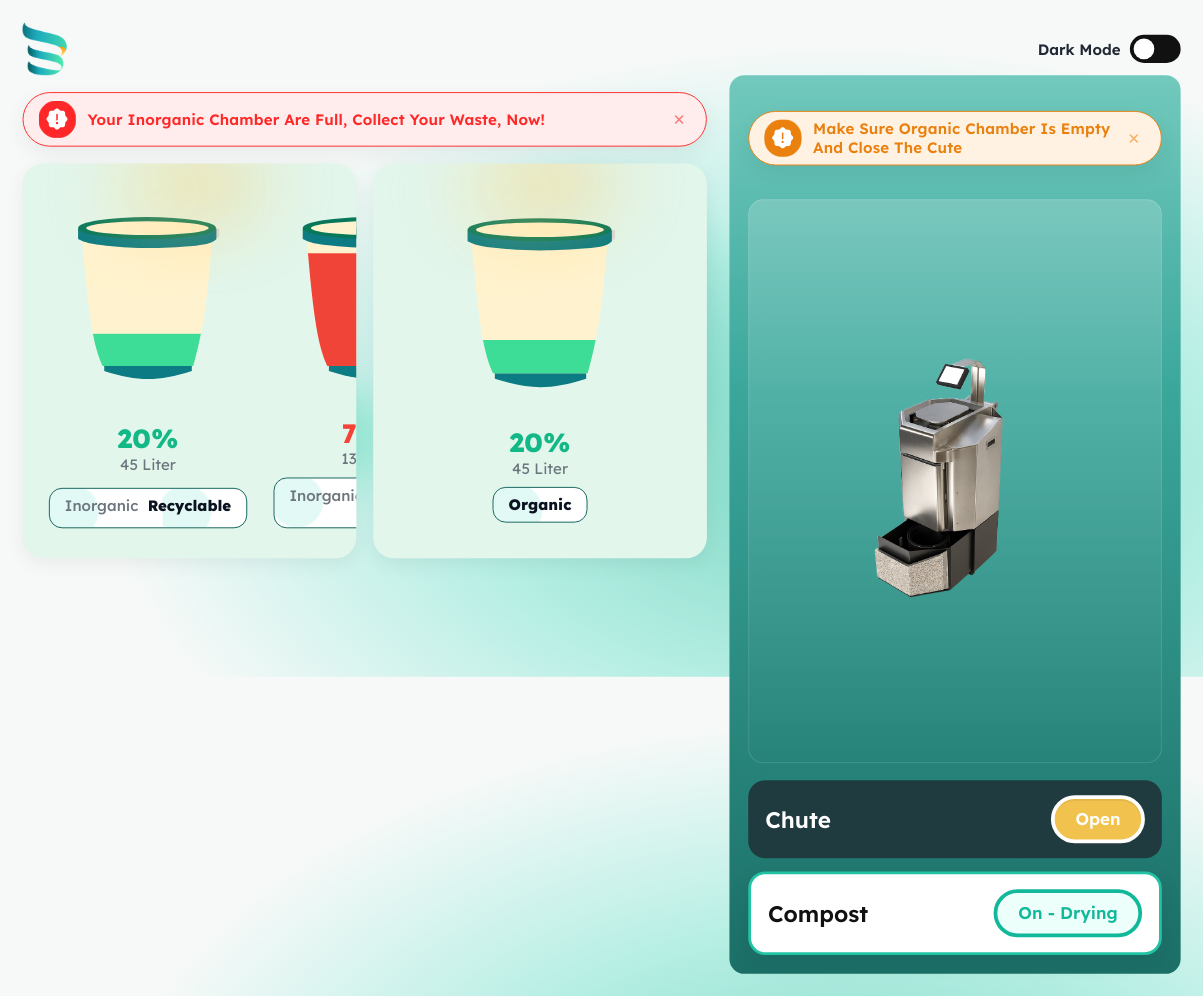
Repository: william-saputra/nusabin
Page: pages/homepage.html
These files come from the project's save history. The page is drawn as it stood at one moment and after the next save; the edit follows.
The browser window is 1280 px wide. The pictures show the whole page, at 94% of full size.
Backgrounds fixed to the window are drawn as part of the page.

Above is the page before, as saved 2025-08-12 23:37:26.

### pages/homepage.html
<!DOCTYPE html>
<html lang="en">
  <head>
    <meta charset="UTF-8" />
    <meta name="viewport" content="width=device-width, initial-scale=1.0" />
    <title>Nusabin – Homepage</title>
    <link rel="preconnect" href="https://fonts.googleapis.com" />
    <link rel="preconnect" href="https://fonts.gstatic.com" crossorigin />
    <link href="https://fonts.googleapis.com/css2?family=Lexend:wght@400;500;600;700;800&family=Inter:wght@400;500;600;700;800&display=swap" rel="stylesheet" />
    <link rel="stylesheet" href="../styles/base.css" />
    <link rel="stylesheet" href="../styles/pages/homepage.css" />
  </head>
  <body>
    <div class="homepage no-nav">
      <header class="topbar no-nav">
        <img src="../assets/images/green_logo.png" alt="Nusabin" class="logo no-nav" />
        <div class="spacer no-nav"></div>
        <div class="theme-toggle no-nav">
          <span class="label no-nav">Dark Mode</span>
          <label class="switch no-nav">
            <input id="dark-toggle" class="no-nav" type="checkbox" />
            <span class="slider round no-nav"></span>
          </label>
        </div>
      </header>

      <main class="layout">
        <div class="left-col">
          <section class="alerts no-nav">
            <div class="alert pill no-nav" data-variant="danger" data-alert-id="left-alert">
              <img class="alert-icon" src="../assets/icons/red_alert.svg" alt="alert" width="40" height="40" />
              <div class="text no-nav">Your Inorganic Chamber Are Full, Collect Your Waste, Now!</div>
              <button class="close no-nav" data-dismiss>
                <span class="no-nav">&#10005;</span>
              </button>
            </div>
          </section>
          <div class="left-grid clickable-area" data-navigate>
          <div class="card card-buckets">
            <div class="bucket-group">
              <div class="bucket-item" data-id="inorganic_recyclable">
                <svg class="bucket-svg" viewBox="0 0 197 216" aria-labelledby="title-ir" role="img">
                  <title id="title-ir">Inorganic Recyclable</title>
                  <defs>
                    <clipPath id="cupShape-inorganic_recyclable">
                      <path d="M53.3367 175.048C43.8761 154.841 39.492 126.346 33.0561 49.7143L162.041 52.148C157.42 108.314 153.879 136.877 143.383 175.048C107.592 183.612 87.9058 183.201 53.3367 175.048Z" />
                    </clipPath>
                  </defs>
                  <path d="M53.3367 175.048C43.8761 154.841 39.492 126.346 33.0561 49.7143L162.041 52.148C157.42 108.314 153.879 136.877 143.383 175.048C107.592 183.612 87.9058 183.201 53.3367 175.048Z" fill="#FFF3CF" />
                  <rect id="cupFill-inorganic_recyclable" x="0" y="175" width="197" height="0" clip-path="url(#cupShape-inorganic_recyclable)" />
                  <path d="M55 179.937V175H142V179.937C107.725 190.783 88.6686 190.592 55 179.937Z" fill="#0C7B83" />
                  <rect x="166.097" y="38.3571" width="3.2449" height="8.92347" fill="#D9D9D9" />
                  <path d="M29 48.9031V38.3571H166.503V48.9031C162.244 52.8888 157.731 54.2809 146.222 55.3929C109.605 58.2432 89.8065 58.6723 56.9872 55.3929C42.0852 54.0832 36.1288 52.6188 29 48.9031Z" fill="#0C7B83" />
                  <ellipse cx="97.5485" cy="37.9515" rx="68.5485" ry="10.9515" fill="#08785B" />
                  <ellipse cx="97.9541" cy="37.9515" rx="60.8418" ry="6.89541" fill="#FFF3CF" />
                </svg>
                <div class="bucket-metrics">
                  <div class="percent" data-percent>0%</div>
                  <div class="liter" data-liter>0 Liter</div>
                </div>
                <div class="chip chip-2line"><span>Inorganic</span><strong>Recyclable</strong></div>
              </div>

              <div class="bucket-item" data-id="inorganic_non_recyclable">
                <svg class="bucket-svg" viewBox="0 0 197 216" aria-labelledby="title-inr" role="img">
                  <title id="title-inr">Inorganic Non-Recyclable</title>
                  <defs>
                    <clipPath id="cupShape-inorganic_non_recyclable">
                      <path d="M53.3367 175.048C43.8761 154.841 39.492 126.346 33.0561 49.7143L162.041 52.148C157.42 108.314 153.879 136.877 143.383 175.048C107.592 183.612 87.9058 183.201 53.3367 175.048Z" />
                    </clipPath>
                  </defs>
                  <path d="M53.3367 175.048C43.8761 154.841 39.492 126.346 33.0561 49.7143L162.041 52.148C157.42 108.314 153.879 136.877 143.383 175.048C107.592 183.612 87.9058 183.201 53.3367 175.048Z" fill="#FFF3CF" />
                  <rect id="cupFill-inorganic_non_recyclable" x="0" y="175" width="197" height="0" clip-path="url(#cupShape-inorganic_non_recyclable)" />
                  <path d="M55 179.937V175H142V179.937C107.725 190.783 88.6686 190.592 55 179.937Z" fill="#0C7B83" />
                  <rect x="166.097" y="38.3571" width="3.2449" height="8.92347" fill="#D9D9D9" />
                  <path d="M29 48.9031V38.3571H166.503V48.9031C162.244 52.8888 157.731 54.2809 146.222 55.3929C109.605 58.2432 89.8065 58.6723 56.9872 55.3929C42.0852 54.0832 36.1288 52.6188 29 48.9031Z" fill="#0C7B83" />
                  <ellipse cx="97.5485" cy="37.9515" rx="68.5485" ry="10.9515" fill="#08785B" />
                  <ellipse cx="97.9541" cy="37.9515" rx="60.8418" ry="6.89541" fill="#FFF3CF" />
                </svg>
                <div class="bucket-metrics">
                  <div class="percent" data-percent>0%</div>
                  <div class="liter" data-liter>0 Liter</div>
                </div>
                <div class="chip chip-2line"><span>Inorganic</span><strong>Non-Recyclable</strong></div>
              </div>
            </div>
          </div>

          <div class="card card-bucket-single">
            <div class="bucket-item" data-id="organic">
              <svg class="bucket-svg" viewBox="0 0 197 216" aria-labelledby="title-org" role="img">
                <title id="title-org">Organic</title>
                <defs>
                  <clipPath id="cupShape-organic">
                    <path d="M53.3367 175.048C43.8761 154.841 39.492 126.346 33.0561 49.7143L162.041 52.148C157.42 108.314 153.879 136.877 143.383 175.048C107.592 183.612 87.9058 183.201 53.3367 175.048Z" />
                  </clipPath>
                </defs>
                <path d="M53.3367 175.048C43.8761 154.841 39.492 126.346 33.0561 49.7143L162.041 52.148C157.42 108.314 153.879 136.877 143.383 175.048C107.592 183.612 87.9058 183.201 53.3367 175.048Z" fill="#FFF3CF" />
                <rect id="cupFill-organic" x="0" y="175" width="197" height="0" clip-path="url(#cupShape-organic)" />
                <path d="M55 179.937V175H142V179.937C107.725 190.783 88.6686 190.592 55 179.937Z" fill="#0C7B83" />
                <rect x="166.097" y="38.3571" width="3.2449" height="8.92347" fill="#D9D9D9" />
                <path d="M29 48.9031V38.3571H166.503V48.9031C162.244 52.8888 157.731 54.2809 146.222 55.3929C109.605 58.2432 89.8065 58.6723 56.9872 55.3929C42.0852 54.0832 36.1288 52.6188 29 48.9031Z" fill="#0C7B83" />
                <ellipse cx="97.5485" cy="37.9515" rx="68.5485" ry="10.9515" fill="#08785B" />
                <ellipse cx="97.9541" cy="37.9515" rx="60.8418" ry="6.89541" fill="#FFF3CF" />
              </svg>
              <div class="bucket-metrics">
                <div class="percent" data-percent>0%</div>
                <div class="liter" data-liter>0 Liter</div>
              </div>
              <div class="chip chip-2line"><strong>Organic</strong></div>
            </div>
          </div>
          </div>
        </div>

        <aside class="right-panel">
          <section class="alerts no-nav">
            <div class="alert pill no-nav" data-variant="warning" data-alert-id="right-alert">
              <img class="alert-icon" src="../assets/icons/orange_alert.svg" alt="alert" width="40" height="40" />
              <div class="text no-nav">Make Sure Organic Chamber Is Empty And Close The Cute</div>
              <button class="close no-nav" data-dismiss>
                <span class="no-nav">&#10005;</span>
              </button>
            </div>
          </section>
          <div class="machine-wrapper">
            <img src="../assets/images/machine.png" alt="Machine" class="machine" />
          </div>
          <div class="status-panel no-nav">
            <div class="status-row variant-dark no-nav">
              <div class="label no-nav">Chute</div>
              <div class="status-pill pill-open no-nav">Open</div>
            </div>
            <div class="status-row variant-light no-nav">
              <div class="label no-nav">Compost</div>
              <div class="status-pill pill-on no-nav">On - Drying</div>
            </div>
          </div>
        </aside>
      </main>
    </div>

    <script src="../scripts/theme.js"></script>
    <script src="../scripts/main.js"></script>
  </body>
  </html>

### styles/base.css
:root {
  --bg: #f6f9f8;
  --card: #ffffff;
  --text: #0b1220;
  --muted: #6b7280;
  --primary: #1cb59b;
  --danger: #e53935;
  --warning: #ffb74d;
  --ring: rgba(28, 181, 155, 0.35);
}

* { box-sizing: border-box; }
html, body { height: 100%; }
body {
  margin: 0;
  font-family: Lexend, Inter, system-ui, -apple-system, Segoe UI, Roboto, Helvetica, Arial, "Apple Color Emoji", "Segoe UI Emoji";
  color: var(--text);
  background: radial-gradient(1200px 700px at 70% 70%, #7ed8c4 0%, #b8efe5 35%, #f6f9f8 65%) no-repeat fixed;
}

/* Generic layout */
.homepage { padding: 24px; }
.topbar { display: flex; align-items: center; gap: 16px; }
.spacer { flex: 1 1 auto; }
.logo { height: 56px; }

.theme-toggle { display: flex; align-items: center; gap: 10px; font-weight: 600; }
.theme-toggle .label { opacity: 0.9; }

/* Toggle */
.switch { position: relative; display: inline-block; width: 54px; height: 30px; }
.switch input { display: none; }
.slider { position: absolute; cursor: pointer; top: 0; left: 0; right: 0; bottom: 0; background: #111; transition: .2s; border-radius: 999px; }
.slider:before { position: absolute; content: ""; height: 22px; width: 22px; left: 4px; bottom: 4px; background: #fff; transition: .2s; border-radius: 50%; }
input:checked + .slider { background: #cdd2d6; }
input:checked + .slider:before { transform: translateX(24px); }

/* Alerts */
.alerts { display: grid; grid-template-columns: 1fr; gap: 12px; margin: 18px 0; }
.alert { display: grid; grid-template-columns: auto 1fr auto; align-items: center; gap: 12px; padding: 8px 16px; border-radius: 50px; box-shadow: 0 8px 24px rgba(0,0,0,.06); font-family: Lexend, Inter, sans-serif; border: 1px solid currentColor; }
.alert .text { font-weight: 600; letter-spacing: .2px; }
.alert .close { appearance: none; border: 0; background: transparent; cursor: pointer; opacity: 0.6; font-size: 16px; color: inherit; }
.alert.pill[data-variant="danger"] { color: #FF2828; background: #FFECEC; }
.alert.pill[data-variant="warning"] { color: #EA800E; background: #FFF2E3; }
.alert-icon { flex: 0 0 auto; width: 40px; height: 40px; }

/* Main layout */
.layout { display: grid; grid-template-columns: 1.2fr 480px; gap: 24px; align-items: start; }
.left-col { display: block; }
.left-grid { display: grid; grid-template-columns: 1fr 1fr; gap: 18px; }

.card { background: var(--card); border-radius: 22px; padding: 28px; box-shadow: 0 6px 20px rgba(0,0,0,.06); position: relative; overflow: hidden; }
.card::before, .card::after { content: ""; position: absolute; pointer-events: none; border-radius: 50%; filter: blur(40px); opacity: 0.9; }
.card::before { width: 260px; height: 180px; top: -70px; right: 30px; background: radial-gradient(closest-side, rgba(255,189,57,0.55), rgba(255,189,57,0) 70%); }
.card::after  { width: 220px; height: 160px; top: -50px; left: 40%; transform: translateX(-50%); background: radial-gradient(closest-side, rgba(255,225,149,0.55), rgba(255,225,149,0) 70%); }
.card-buckets { display: block; background: #E2F6EC; min-height: 420px; }
.card-bucket-single { display: block; background: #E2F6EC; min-height: 420px; }

.bucket-group { display: grid; grid-template-columns: 1fr 1fr; gap: 28px; justify-items: center; }
.bucket-item { display: grid; justify-items: center; gap: 10px; }
.bucket-svg { width: 100%; max-width: 220px; height: auto; display: block; }
.bucket-static { pointer-events: none; }

.bucket-metrics { text-align: center; }
.bucket-metrics .percent { font-weight: 800; font-size: 28px; color: #12B886; }
.bucket-metrics .percent.danger { color: #F44336; }
.bucket-metrics .liter { color: #6C757D; font-size: 16px; }

.chip { display: inline-flex; align-items: baseline; gap: 10px; padding: 10px 16px; border-radius: 14px; background: #fff; border: 1.5px solid #0B5F57; font-size: 16px; line-height: 1; min-height: 36px; }
.chip span { color: #6C757D; font-weight: 500; }
.chip strong { font-weight: 800; }
.chip-positive strong { color: #12B886; }
.chip-negative strong { color: #F44336; }
.chip {
  background-image: radial-gradient(circle at 20% 20%, rgba(13, 207, 173, 0.12) 0 20%, rgba(13, 207, 173, 0) 21%),
                    radial-gradient(circle at 80% 60%, rgba(13, 207, 173, 0.12) 0 20%, rgba(13, 207, 173, 0) 21%);
  background-size: 120px 120px, 140px 140px;
}

.right-panel { display: grid; grid-template-rows: 1fr auto; gap: 18px; }
.right-panel { background: linear-gradient(180deg, #72c9bd 0%, #3ba79b 35%, #1b6f67 100%); padding: 20px; border-radius: 16px; }
.machine-wrapper { display: grid; place-items: center; background: linear-gradient(180deg, rgba(255,255,255,0.18), rgba(255,255,255,0)); border-radius: 16px; min-height: 600px; box-shadow: inset 0 0 0 1px rgba(255,255,255,0.15); }
.machine { max-width: 96%; height: auto; object-fit: contain; }

.status-panel { background: transparent; border-radius: 16px; padding: 0; display: grid; gap: 16px; }
.status-row { display: flex; align-items: center; justify-content: space-between; padding: 16px 18px; border-radius: 18px; }
.status-row .label { font-weight: 600; font-size: 24px; }
.status-row.variant-dark { background: #1f3b3f; color: #ffffff; }
.status-row.variant-light { background: #ffffff; color: #111; border: 3px solid #22c3a4; box-shadow: 0 8px 24px rgba(0,0,0,.08); }
.status-pill { border-radius: 999px; padding: 10px 22px; font-weight: 600; font-size: 18px; }
.pill-open { background: #f1c24e; color: #ffffff; border: 4px solid #ffffff; box-shadow: 0 2px 0 rgba(0,0,0,.06) inset; }
.pill-on { background: #ecfffb; color: #12b89a; border: 4px solid #12b89a; }

.clickable-area { cursor: pointer; }

/* Decorative half-circle with glow on the left bottom */
.left-col { position: relative; }
.left-col::after { content: ""; position: absolute; left: 50%; transform: translateX(-10%); bottom: -40px; width: 560px; height: 560px; border-bottom-left-radius: 560px; border-bottom-right-radius: 560px; border-top-left-radius: 560px; border-top-right-radius: 560px; background: radial-gradient(closest-side, rgba(28,181,155,0.55), rgba(28,181,155,0) 70%); filter: blur(6px); z-index: -1; }
.left-col::before { content: ""; position: absolute; left: 40%; transform: translateX(-50%); bottom: 20px; width: 380px; height: 220px; border-radius: 380px 380px 0 0; background: radial-gradient(closest-side, rgba(60,220,178,0.7), rgba(60,220,178,0) 70%); filter: blur(20px); z-index: -1; }

/* Dark mode */
.dark body, body.dark { background: radial-gradient(1200px 700px at 70% 70%, #0e3c3b 0%, #0f6b61 35%, #071b1a 65%); color: #e5f6f1; }
body.dark .card, body.dark .status-panel { background: #0a1414; color: #e6f5f1; }
body.dark .chip { background: #08201c; border-color: #0f3f36; }
body.dark .bucket-metrics .percent { color: #55e3c7; }
body.dark .status-row { background: #051010; }
body.dark .status-pill { background: #0b2a26; }

/* Utilities for specific wrappers that shouldn't navigate */
.no-nav { pointer-events: auto; }

@media (max-width: 1100px) {
  .layout { grid-template-columns: 1fr; }
  .right-panel { order: -1; }
}

### styles/pages/homepage.css
/* Page-specific fine-tuning for Homepage */
.homepage .card-buckets { background: #E2F6EC; }
.homepage .card-bucket-single { background: #E2F6EC; }

.homepage .bucket-item .bucket { filter: drop-shadow(0 10px 24px rgba(0,0,0,.08)); }
.homepage .bucket-item .percent { letter-spacing: .3px; }

.right-panel .status-panel { gap: 14px; }

@media (max-width: 1100px) {
  .homepage .bucket-svg { max-width: 180px; }
}

### scripts/theme.js
(function () {
  const toggle = document.getElementById('dark-toggle');
  if (!toggle) return;

  const apply = (isDark) => {
    document.body.classList.toggle('dark', isDark);
    try { localStorage.setItem('theme-dark', isDark ? '1' : '0'); } catch (_) {}
  };

  // Restore previous preference
  let stored = null;
  try { stored = localStorage.getItem('theme-dark'); } catch (_) {}
  apply(stored === '1');
  toggle.checked = stored === '1';

  toggle.addEventListener('change', () => apply(toggle.checked));
})();

### scripts/main.js
(function () {
  const root = document;

  // Navigate to detail when clicking anywhere on the left grid
  const clickable = root.querySelector('.clickable-area');
  if (clickable) {
    clickable.addEventListener('click', function (ev) {
      const target = ev.target;
      if (target && (target.closest('[data-dismiss]') || target.closest('.switch') || target.closest('.status-panel') || target.closest('.alerts'))) return;
      window.location.href = '../pages/detail.html';
    });
  }

  // Close alert buttons
  root.querySelectorAll('[data-dismiss]').forEach((btn) => {
    btn.addEventListener('click', (e) => {
      e.stopPropagation();
      const alert = btn.closest('.alert');
      if (alert) alert.remove();
    });
  });

  // Example: programmatic update of alert colors (kept for future use)
  function setAlertVariant(id, variant) {
    const el = root.querySelector('[data-alert-id="' + id + '"]');
    if (!el) return;
    el.setAttribute('data-variant', variant);
    const rect = el.querySelector('g > rect');
    if (rect) rect.setAttribute('fill', variant === 'danger' ? '#FF2828' : '#EA800E');
  }

  // Data dummy hardcoded
  const data = {
    inorganic_recyclable: { level: 20, volume: 45 },
    inorganic_non_recyclable: { level: 70, volume: 134 },
    organic: { level: 20, volume: 45 }
  };

  // Update function per spec
  function updateFill(binId, percent, volumeLiters) {
    const rect = root.getElementById('cupFill-' + binId);
    if (!rect) return;
    // Using actual bucket.svg coordinates: baseY aligns with ~175 (bottom of cup path), contentHeight approximated to inner cup height
    const contentHeight = 160; // adjustable based on real cup inner height
    const baseY = 175;
    const p = Math.max(0, Math.min(100, percent));
    const newHeight = (p / 100) * contentHeight;
    const newY = baseY - newHeight;
    rect.setAttribute('height', String(newHeight));
    rect.setAttribute('y', String(newY));
    rect.setAttribute('fill', p >= 70 ? '#F04438' : '#3DDC97');

    const item = root.querySelector('.bucket-item[data-id="' + binId + '"]');
    if (!item) return;
    const percentEl = item.querySelector('[data-percent]');
    const literEl = item.querySelector('[data-liter]');
    if (percentEl) {
      percentEl.textContent = p + '%';
      percentEl.classList.toggle('danger', p >= 70);
    }
    if (literEl) literEl.textContent = volumeLiters + ' Liter';
  }

  // Initialize
  Object.entries(data).forEach(([id, val]) => {
    updateFill(id, val.level, val.volume);
  });
})();

After the next save:
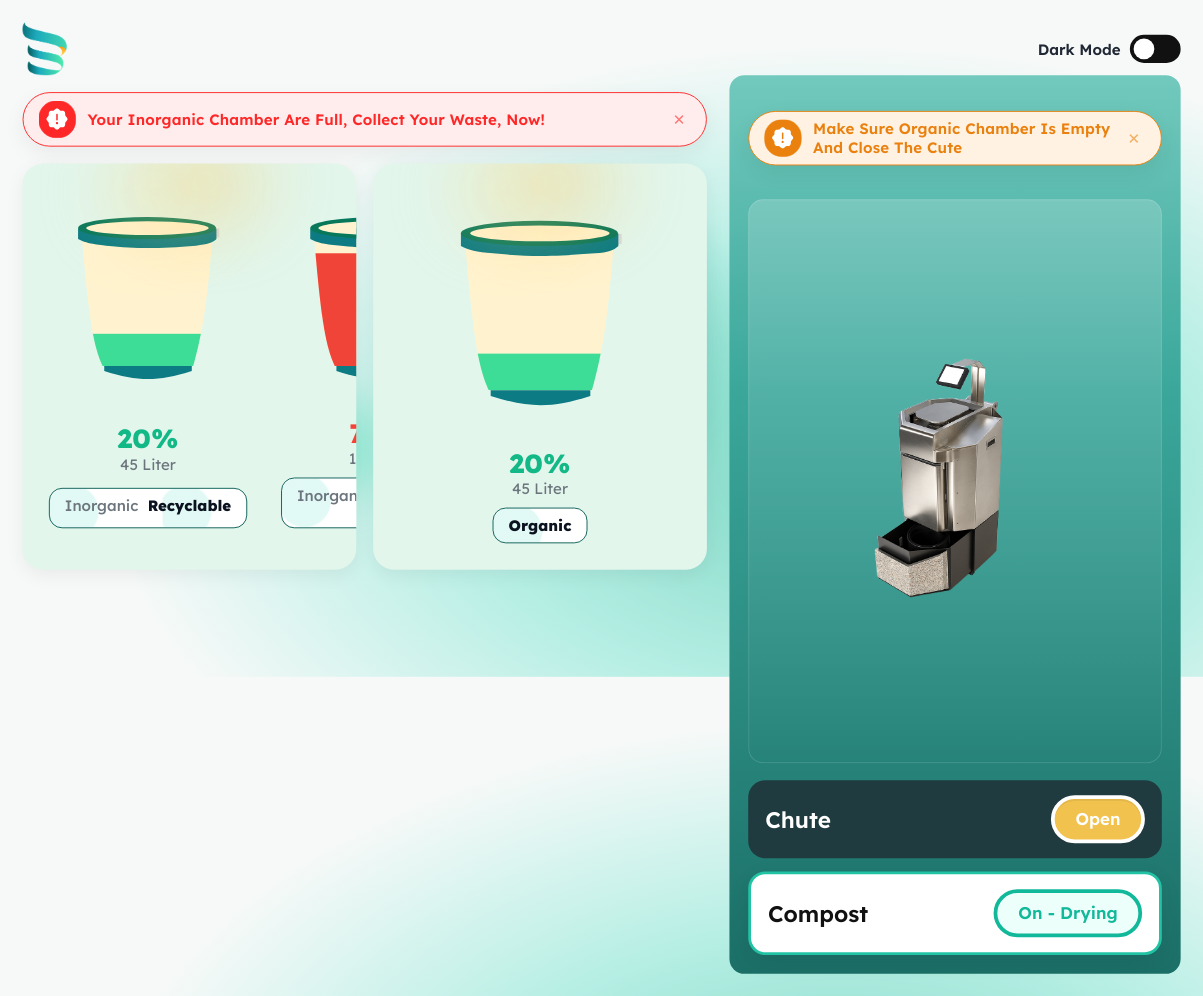
Saved 10 s later.
--- a/styles/base.css
+++ b/styles/base.css
@@ -56,9 +56,9 @@ input:checked + .slider:before { transform: translateX(24px); }
 .card-buckets { display: block; background: #E2F6EC; min-height: 420px; }
 .card-bucket-single { display: block; background: #E2F6EC; min-height: 420px; }
 
-.bucket-group { display: grid; grid-template-columns: 1fr 1fr; gap: 28px; justify-items: center; }
+.bucket-group { display: grid; grid-template-columns: 1fr 1fr; gap: 36px; justify-items: center; }
 .bucket-item { display: grid; justify-items: center; gap: 10px; }
-.bucket-svg { width: 100%; max-width: 220px; height: auto; display: block; }
+.bucket-svg { width: 100%; max-width: 240px; height: auto; display: block; }
 .bucket-static { pointer-events: none; }
 
 .bucket-metrics { text-align: center; }
